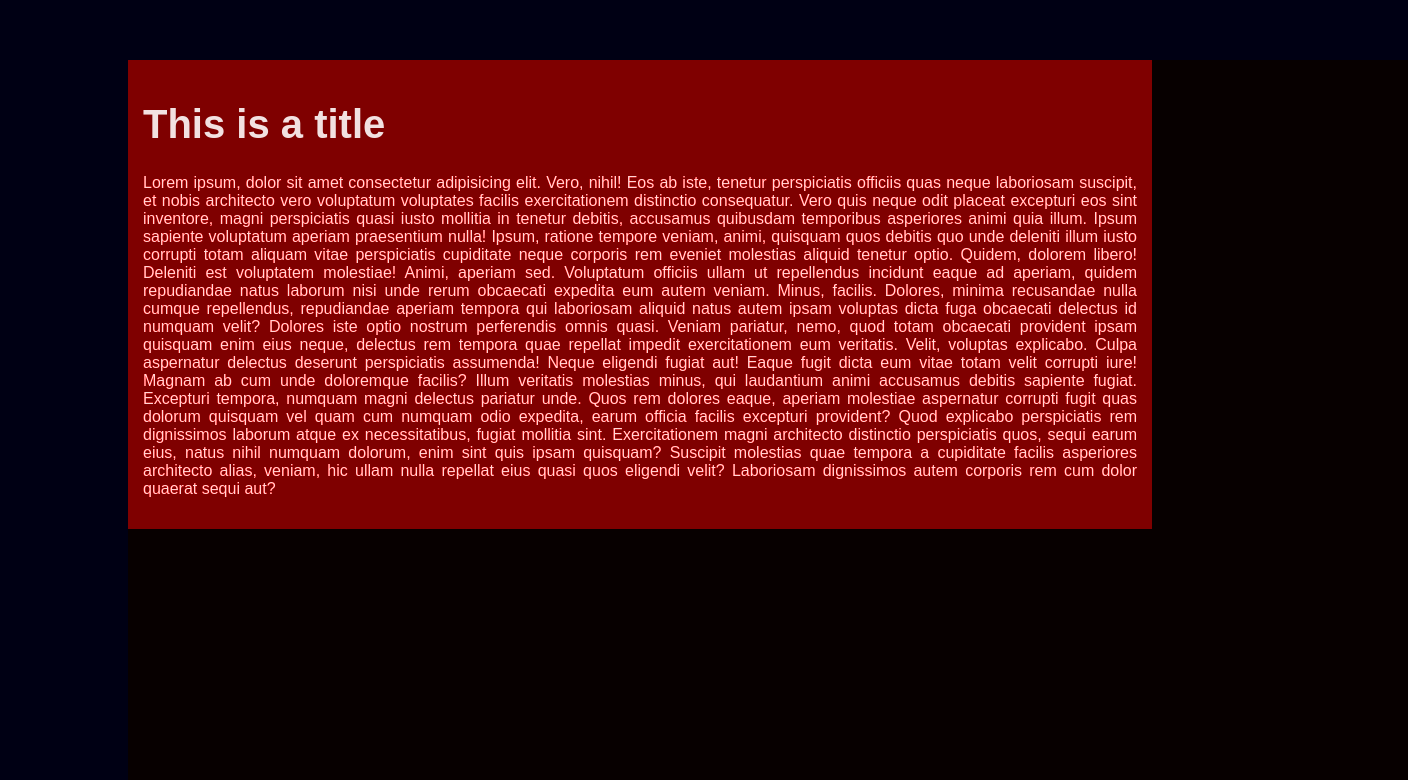
Repository: Francois-QUICODE/CSS-Micro-Projects
Page: Projects/01-Infinite-Gradient-Text.html
An editor plug-in stored every save of this project. The page is shown before and after the next save, followed by the edit.
The browser window is 1280 px wide. The page is 1408 px wide, so the pictures cover 1408 px, including what lies to the right of the window. The pictures show the whole page.
Some web fonts or font styles are not loaded; a fallback is used.

Above is the page before, as saved 2020-11-28 10:21:32.

### Projects/01-Infinite-Gradient-Text.html
<!DOCTYPE html>
<html lang="en">
  <head>
    <meta charset="UTF-8" />
    <title>Infinite Gradiant text</title>
  </head>
  <body>
    <div class="text-background"></div>
    <div class="container">
      <div class="text">
        <h1>This is a title</h1>
        <p class="lorem">
          Lorem ipsum, dolor sit amet consectetur adipisicing elit. Vero, nihil!
          Eos ab iste, tenetur perspiciatis officiis quas neque laboriosam
          suscipit, et nobis architecto vero voluptatum voluptates facilis
          exercitationem distinctio consequatur. Vero quis neque odit placeat
          excepturi eos sint inventore, magni perspiciatis quasi iusto mollitia
          in tenetur debitis, accusamus quibusdam temporibus asperiores animi
          quia illum. Ipsum sapiente voluptatum aperiam praesentium nulla!
          Ipsum, ratione tempore veniam, animi, quisquam quos debitis quo unde
          deleniti illum iusto corrupti totam aliquam vitae perspiciatis
          cupiditate neque corporis rem eveniet molestias aliquid tenetur optio.
          Quidem, dolorem libero! Deleniti est voluptatem molestiae! Animi,
          aperiam sed. Voluptatum officiis ullam ut repellendus incidunt eaque
          ad aperiam, quidem repudiandae natus laborum nisi unde rerum obcaecati
          expedita eum autem veniam. Minus, facilis. Dolores, minima recusandae
          nulla cumque repellendus, repudiandae aperiam tempora qui laboriosam
          aliquid natus autem ipsam voluptas dicta fuga obcaecati delectus id
          numquam velit? Dolores iste optio nostrum perferendis omnis quasi.
          Veniam pariatur, nemo, quod totam obcaecati provident ipsam quisquam
          enim eius neque, delectus rem tempora quae repellat impedit
          exercitationem eum veritatis. Velit, voluptas explicabo. Culpa
          aspernatur delectus deserunt perspiciatis assumenda! Neque eligendi
          fugiat aut! Eaque fugit dicta eum vitae totam velit corrupti iure!
          Magnam ab cum unde doloremque facilis? Illum veritatis molestias
          minus, qui laudantium animi accusamus debitis sapiente fugiat.
          Excepturi tempora, numquam magni delectus pariatur unde. Quos rem
          dolores eaque, aperiam molestiae aspernatur corrupti fugit quas
          dolorum quisquam vel quam cum numquam odio expedita, earum officia
          facilis excepturi provident? Quod explicabo perspiciatis rem
          dignissimos laborum atque ex necessitatibus, fugiat mollitia sint.
          Exercitationem magni architecto distinctio perspiciatis quos, sequi
          earum eius, natus nihil numquam dolorum, enim sint quis ipsam
          quisquam? Suscipit molestias quae tempora a cupiditate facilis
          asperiores architecto alias, veniam, hic ullam nulla repellat eius
          quasi quos eligendi velit? Laboriosam dignissimos autem corporis rem
          cum dolor quaerat sequi aut?
        </p>
      </div>
    </div>
  </body>

  <style>
    @import url("https://fonts.googleapis.com/css2?family=Alatsi&display=swap");

    body {
      background-color: #000014;
      width: 1024px;
      margin: auto;
      color: #e5e1e1;
      padding-top: 60px;
      font-family: "Alatsi", sans-serif;
    }

    .container {
      background-color: #222247;
      padding: 15px;
    }

    h1 {
      font-size: 40px;
      mix-blend-mode: screen;
    }

    .lorem {
      text-align: justify;
    }

    .text-background {
      position: absolute;
      background-color: #900;
      width: 100%;
      height: 100%;
      mix-blend-mode: color;
    }
  </style>
</html>

After the next save:
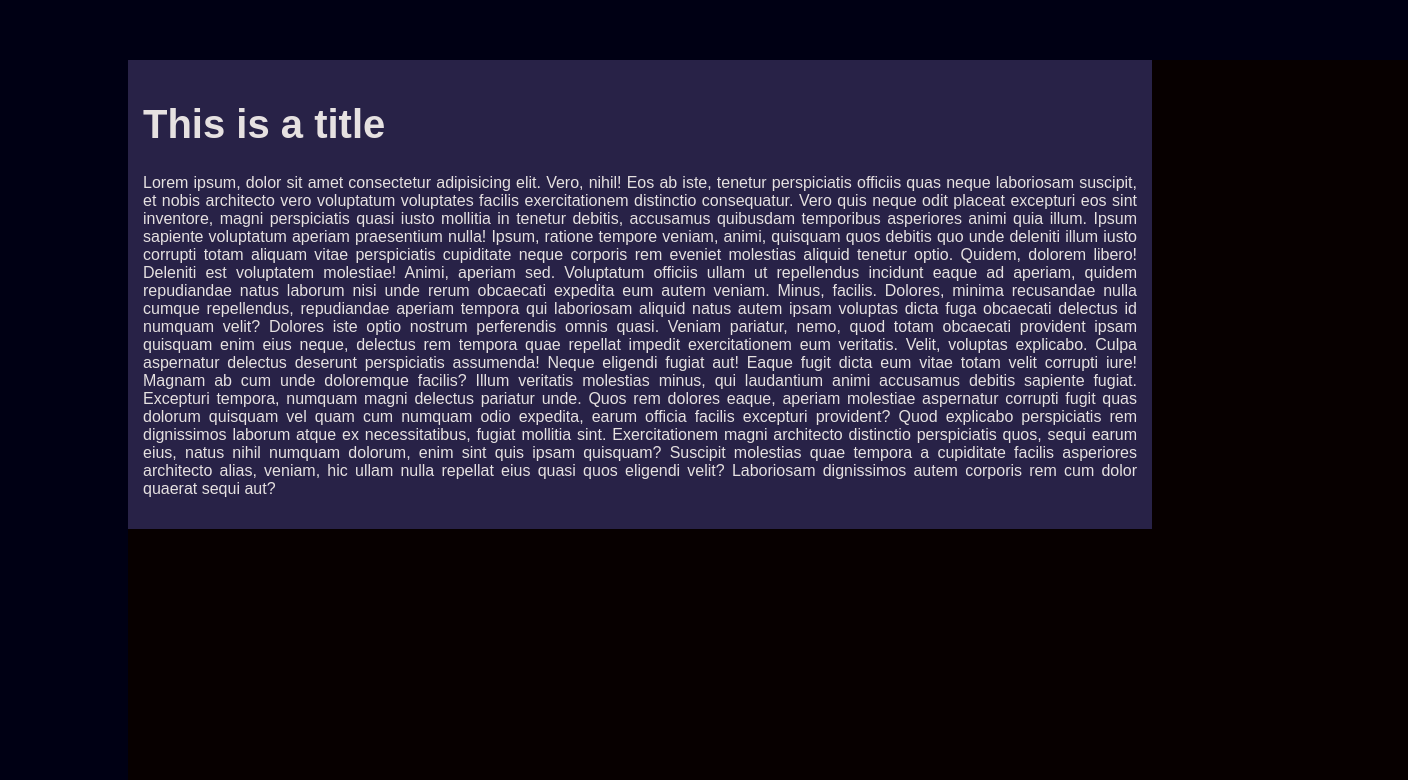
Saved 16 s later.
--- a/Projects/01-Infinite-Gradient-Text.html
+++ b/Projects/01-Infinite-Gradient-Text.html
@@ -65,11 +65,11 @@
     .container {
       background-color: #222247;
       padding: 15px;
+      mix-blend-mode: screen;
     }
 
     h1 {
       font-size: 40px;
-      mix-blend-mode: screen;
     }
 
     .lorem {
